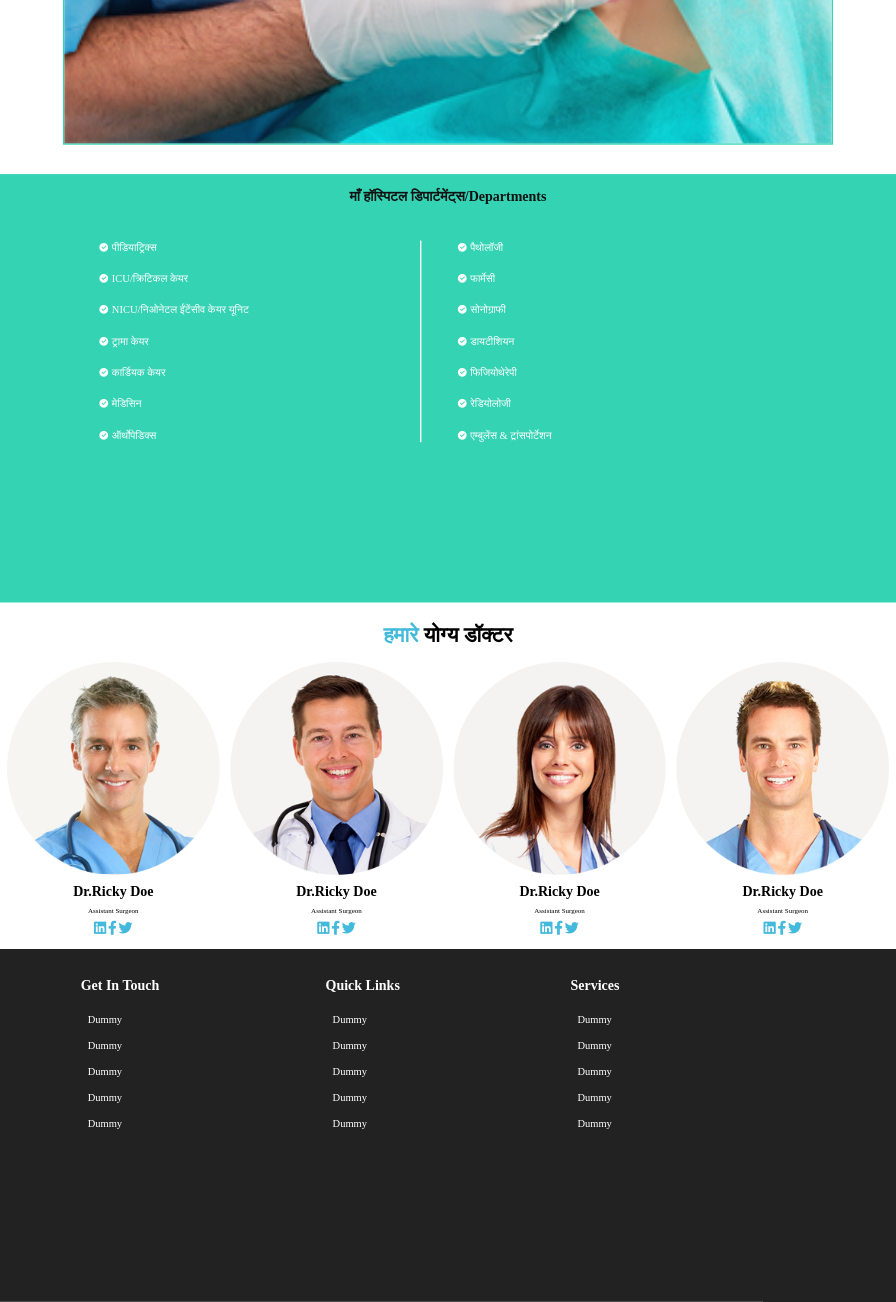
Repository: Aayush919/test
Page: index.html
These files come from the project's save history. The page is drawn as it stood at one moment and after a run of saves; the edit follows.
The browser window is 1280 px wide. The pictures show the part of the page from y = 2134 to 4054 px (the page is 3994 px tall before and 4054 px after), at 70% of full size.

Above is the page before, as saved 2023-10-15 09:01:31.

### index.html
<!DOCTYPE html>
<html lang="en">
<head>
    <meta charset="UTF-8">
    <meta http-equiv="X-UA-Compatible" content="IE=edge">
    <meta name="viewport" content="width=device-width, initial-scale=1.0">
    <link href="https://cdn.jsdelivr.net/npm/remixicon@3.5.0/fonts/remixicon.css" rel="stylesheet">
    <link rel="stylesheet" href="fontawesome-free-5.15.3-web/css/all.min.css">
    <link rel="stylesheet" href="style.css">
</head>
<body>
    <header class="header">
        <a href="#" id="logo"><span>माँ </span> हॉस्पिटल <span id="guna">गुना</span></a>

        <nav class="navbar">
        <a href="#">होम</a>
        <a href="#">अबाउट</a>
        <a href="#">गैलरी</a>
        <a href="#">ब्लॉग</a>
        <a href="#">संपर्क</a>

        </nav>

    <div class="icons">
        <i class="ri-linkedin-fill"></i>
        <i class="ri-whatsapp-fill"> </i>

    </div>

<a href="#" id="menu_bars" class="fas fa-bars"></a>
    </header>

   <div class="container">
       <div class="main-text">
           <h2> हमारे पास आपके लिए सर्वोत्तम चिकित्सा योजना विकल्प हैं !</h2>
           <button>संपर्क</button>
       </div>
   </div>
<!-- services we provide -->
<div class="service-section">
    <h2 id="ourservices">हमारी सर्विसेज</h2>
    <div class="inner-service-section">
        <div class="service-box">
            <img src="./images/opd.png" alt="">
        <h2 >मल्टी-स्पेशिलिटी OPD सर्विसेज</h2>
        <p><span>"माँ हॉस्पिटल गुना</span>, आपके लिए मल्टी-स्पेशियलिस्ट आउटपेशेंट डिपार्टमेंट (OPD) सेवा प्रदान करता है, जहाँ रोगियों को विभिन्न चिकित्सा क्षेत्रों के विशेषज्ञों का साथ एक ही छत के नीचे प्राप्त होता है।"</p>
        </div>
        <div class="service-box">
             <img src="./images/em.png" alt="">
        <h2>24*7 इमरजेंसी सर्विसेज</h2>

        <p>
            <span>"माँ हॉस्पिटल गुना</span>, 24*7 ( इमरजेंसी सर्विसेज ) आपातकालीन सेवाएँ प्रदान करते हैं, यानि हमेशा आपके स्वास्थ्य की देखभाल के लिए तैयार खड़े हैं, चाहे रात या दिन
            के किस भी समय हो।"
     </p>
        </div>
        <div class="service-box">
            <img src="./images/icu.png" alt="">
        <h2>ICU/क्रिटिकल केयर</h2>
        <p><span>"माँ हॉस्पिटल गुना</span>, में ICU और गंभीर देखभाल विभाग उन रोगियों के लिए है जो जीवन संकट की स्थिति में हैं। हम उनके लिए उनकी स्वास्थ्य स्थिति की सख्त निगरानी और उच्च गुणवत्ता वाला उपचार प्रदान करने के लिए समर्पित हैं।"
        </p>
        </div>

        <div class="service-box">
            <img src="./images/nicu.png" alt="">
        <h2>NICU/निओनेटल ईंटेंसीव केयर यूनिट</h2>
        <p><span>"माँ हॉस्पिटल गुना</span>,में NICU एक अलग शिशु चिकित्सा इकाई है, जिसमें अलग से जन्म वाले और बाहर से आए शिशुओं के लिए विशेष सेवाएँ उपलब्ध हैं। हम शिशुओं की स्वास्थ्य स्थिति की देखभाल करने और उनके जीवन को बचाने के लिए सशक्त प्रतिबद्ध हैं।"</p>
        </div>
    </div>


    <div class="inner-service-section">
        <div class="service-box">
            <img src="./images/pharmacy.png" alt="">
        <h2>24*7 फार्मेसी </h2>
        <p>"हम 24*7 फार्मेसी सेवा प्रदान करते हैं, ताकि आपको दवाओं और आवश्यक स्वास्थ्य सामग्री की आवश्यकता होने पर भी दिन रात किसी भी समय मिल सके।"
        </p>
        </div>
        <div class="service-box">
          <img src="./images/pathology.png" alt="">
        <h2>पैथोलॉजी</h2>
        <p>"हमारा पैथोलॉजी लैब उच्च गुणवत्ता वाली पथोलॉजी सेवाएँ प्रदान करता है और रोगीयों के निदान और चिकित्सा की सही दिशा में मदद करता है।"</p>
        </div>
        <div class="service-box">
          <img src="./images/ambulance.png" alt="">
        <h2>24*7 एम्बुलेंस</h2>
        <p>"हम एम्बुलेंस सेवा और यातायात की सुविधा प्रदान करते हैं, ताकि आपके स्वास्थ्य आवश्यकता के समय हमारे द्वारा आपको त्वरित और सुरक्षित रूप से पहुंचाया जा सके।"</p>
        </div>

        <div class="service-box">
       <img src="/images/cardiac.png" alt="">
        <h2>कार्डियक केयर</h2>
        <p>"हमारा कार्डियक केयर विभाग हृदय रोगों के निदान, उपचार, और देखभाल में विशेषज्ञता और उच्च गुणवत्ता की गारंटी है। हम रोगियों के स्वास्थ्य की निगरानी रखते हैं और उन्हें स्वस्थ जीवनशैली के लिए मार्गदर्शन प्रदान करते हैं। हम एक सुरक्षित और आदर्श दौरा प्रदान करके हृदय स्वास्थ्य की देखभाल करते हैं।"</p>
        </div>
    </div>
</div>





<div class="work-section">
    <div class="inner-work-section">
        <h2><span>माँ हॉस्पिटल</span>, द्वारा चलाये जाने वाले केम्प की अपडेटेड जानकारी यहा उपलब्ध है।
        </h2>
        <img src="./images/gallery 1.png" alt="">
        </div>
</div>


<!-- our depart-->
<div class="depart">
    <h1>माँ हॉस्पिटल डिपार्टमेंट्स/Departments</h1>
    <div id="keyservice">
        <div id="bx1">
            <h3><span><i class="ri-checkbox-circle-fill"></i></span><a href="#pg1">पीडियाट्रिक्स</a></h3>
            <h3><span><i class="ri-checkbox-circle-fill"></i></span><a href="#pg2">ICU/क्रिटिकल केयर</a></h3>
            <h3><span><i class="ri-checkbox-circle-fill"></i></span><a href="#pg4">NICU/निओनेटल ईंटेंसीव केयर यूनिट</a></h3>
            <h3><span><i class="ri-checkbox-circle-fill"></i></span><a href="#pg5">ट्रामा केयर </a></h3>
            <h3><span><i class="ri-checkbox-circle-fill"></i></span><a href="#pg6">कार्डियक केयर</a></h3>
            <h3><span><i class="ri-checkbox-circle-fill"></i></span><a href="#pg9">मेडिसिन</a></h3>
            <h3><span><i class="ri-checkbox-circle-fill"></i></span><a href="#pg3">ऑर्थोपेडिक्स</a></h3>

        </div>
        <div id="bx2">
            <h3><span><i class="ri-checkbox-circle-fill"></i></span><a href="#pg8">पैथोलॉजी
            </a></h3>
            <h3><span><i class="ri-checkbox-circle-fill"></i></span><a href="#pg7">फार्मेसी</a></h3>
            <h3><span><i class="ri-checkbox-circle-fill"></i></span><a href="#pg10">सोनोग्राफी</a></h3>
            <h3><span><i class="ri-checkbox-circle-fill"></i></span><a href="#pg11">डायटीशियन</a></h3>
            <h3><span><i class="ri-checkbox-circle-fill"></i></span><a href="#pg12">फिजियोथेरेपी
            </a></h3>
            <h3><span><i class="ri-checkbox-circle-fill"></i></span><a href="#pg13">रेडियोलोजी</a></h3>
            <h3><span><i class="ri-checkbox-circle-fill"></i></span><a href="#pg14">एम्बुलेंस &  ट्रांसपोर्टेशन </a></h3>

        </div>
    </div>
</div>
<!-- our depart ended -->

<!-- our team seaction -->
<div class="ourteam-section">
    <h2><span>हमारे </span>योग्य डॉक्टर</h2>
    <div class="ourteam-inner">
        <div class="section-box">
            <img src="images/ourteam1.png" alt="">
            <h3>Dr.Ricky Doe</h3>
            <p>assistant surgeon</p>
            <div class="team-social-links">
                <i class="fab fa-linkedin"></i>
                <i class="fab fa-facebook-f"></i>
                <i class="fab fa-twitter"></i>
            </div>
        </div>
        <div class="section-box">
            <img src="images/ourteam2.png" alt="">
            <h3>Dr.Ricky Doe</h3>
            <p>assistant surgeon</p>
            <div class="team-social-links">
                <i class="fab fa-linkedin"></i>
                <i class="fab fa-facebook-f"></i>
                <i class="fab fa-twitter"></i>
            </div>
        </div>
        <div class="section-box">
            <img src="images/ourteam3.png" alt="">
            <h3>Dr.Ricky Doe</h3>
            <p>assistant surgeon</p>
            <div class="team-social-links">
                <i class="fab fa-linkedin"></i>
                <i class="fab fa-facebook-f"></i>
                <i class="fab fa-twitter"></i>
            </div>
        </div>
        <div class="section-box">
            <img src="images/ourteam4.png" alt="">
            <h3>Dr.Ricky Doe</h3>
            <p>assistant surgeon</p>
            <div class="team-social-links">
                <i class="fab fa-linkedin"></i>
                <i class="fab fa-facebook-f"></i>
                <i class="fab fa-twitter"></i>
            </div>
        </div>

    </div>

</div>
<!-- our team seaction -->

<!-- creating footer -->

<div class="main-footer">
    <div class="inner-footer">
        <h2>get in touch</h2>
        <a href="#">dummy</a>
        <a href="#">dummy</a>
        <a href="#">dummy</a>
        <a href="#">dummy</a>
        <a href="#">dummy</a>
    </div>

    <div class="inner-footer">
        <h2>quick links</h2>
        <a href="#">dummy</a>
        <a href="#">dummy</a>
        <a href="#">dummy</a>
        <a href="#">dummy</a>
        <a href="#">dummy</a>
    </div>

    <div class="inner-footer">
        <h2>services</h2>
        <a href="#">dummy</a>
        <a href="#">dummy</a>
        <a href="#">dummy</a>
        <a href="#">dummy</a>
        <a href="#">dummy</a>
    </div>
</div>

<!-- creating footer -->




















    <script src="script.js"></script>
</body>
</html>




<!-- <div class="gel">

    <div class="galleryheading">
        <h2>हमारी <span> गैलरी</span></h2>
    </div>
    <div class="gallery">
        <img src="./images/gallery 1.png" alt="">
        <img src="./images/gallery 1.png"  alt="">
        <img src="./images/gallery3.png" alt="">
        <img src="./images/gallery 4.png" alt="">
        <img src="./images/gallery5.png" alt="">
        <img src="./images/gallery6.png" alt="">
        <img src="/images/gallery6.png" alt="">
        <img src="/images/gallery6.png" alt="">
        <img src="/images/gallery6.png" alt="">
    </div>

</div> -->

### style.css
@import url('https://fonts.googleapis.com/css2?family=Roboto:wght@100;300;400;500;700&display=swap');
:root{
    --fontcolor:#43b9dc;
    --backgroundcolor:#34d3b4;
}
*{
    margin: 0;
    padding: 0;
    font-family:gilroy;
    box-sizing: border-box;
    transition: all .2s linear;
    text-transform: capitalize;
    text-decoration: none;
}
html{
    font-size: 62.5%;
    overflow-x: hidden;
    scroll-behavior: smooth;
}
header{
    position: fixed;
    top: 0;
    left: 0;
    right: 0;
    padding: 2rem 7%;
    display: flex;
    justify-content: space-between;
    align-items: center;
    background:white;
    box-shadow: 0 1rem 1rem rgb(0, 0, 0, .1);
    z-index: 10000000;
}
#guna{
    font-size: 15px;

}
header #logo{
    font-size: 3rem;
    color: black;
}
header #logo span{
    color: var(--fontcolor);
}
header .navbar a{
    font-weight: 600;

    font-size: 1.8rem;
    color: var(--fontcolor);
    margin-left: 1.5rem;
}
.icons i{
font-size: 2rem;
color: var(--fontcolor);
margin-left: 1rem;
}
header #menu_bars{
    font-size: 2rem;
    color: var(--fontcolor);
    display: none;
}
header .navbar.active{
    left: 0;
    transition: .5s;
}
.main-image{

    background-repeat: no-repeat;
    background-size: cover;
    background-position: center;
    width: 100%;
    margin-top: 75px;
    height: 100vh;
}
.container{
    background: url("./images/headerimage.jpg");
    width: 100%;
    padding-top: 8.5rem;
    background-position: center;
    background-size: cover;
    background-repeat: no-repeat;
    height: 100vh;
}
.container .main-text{
    width: 50%;
    position: absolute;
    top: 200px;
    padding: 0 2rem;
    text-align: center;
}
.container .main-text h2{
    font-size: 40px;
    color: #fff;
    padding-bottom: 1.5rem;
}
.container .main-text button{
    padding: 1.5rem 3.5rem;
    background: #3FC1D1;
    color: white;
    border: none;
    border-radius:1px;

    font-weight: 700;
}
.service-section{
    padding: 2rem 7%;
    background: linear-gradient(#43b9dc, #34d3b4);
    min-height: 50vh;
}
#ourservices{
    color: white;
    font-size: 30px;
    padding: 2rem 0;
    text-align: center;
}
.inner-service-section{
    display: flex;
    flex-wrap: wrap;
    gap: 15px;
    justify-content: center;
    text-align: center;
}
.service-box{
    flex: 1 1 200px;
    padding: 5rem 0;
    box-shadow: 0 1rem 1rem rgba(0, 0, 0, .1);
}
.service-box img{
    color: white;
     height: 10rem;
    padding: .5rem 0;
}

.service-box h2{
    color: white;
    font-size: 1.8rem;
    padding: 1rem 0;
}
.service-box p{
    color: white;
    font-size: 1.5rem;
    padding: 0 1rem;
}
.work-section{
    padding: 4rem 7%;
    display: grid;
    grid-template-columns: 2fr 1fr;
    justify-content: center;

}
.inner-work-section img{
    width:  110rem;
    border: 2px solid #34d3b4;
    margin-top: 10px;
}
.inner-work-section h2{
    font-size: 2rem;
    padding: .5rem 0;

}
.inner-work-section h2 span{
    color:#34d3b4;

}
.scnclass{
    padding: 0 1rem;
}
.myimages{
    display: grid;
    grid-template-columns: 1fr 1fr;
    padding-top: 1rem;
}
.btn{
    padding: 1rem 3rem;
    background: var(--backgroundcolor);
    border-radius: 15px;
   display: inline-block;
   color: white;
   font-size: 18px;
   margin-top: 5px;
}
.creative-text{
    padding: 2rem 0;
}
.depart{
    background: var(--backgroundcolor);
    min-height: 85vh;
    padding: 2rem 9%;
}
.depart h1{
    color:#111;
    display: flex;
    align-self: center;
    justify-content: center;
    font-size: 2rem;
}

/* .galleryheading{ */
    /* color: #111;
    padding: 2rem 0;
    text-align: center;
    font-size: 20px;
}
.galleryheading span{
    color: var(--fontcolor);
}
.main-gallery .gallery-box{
    flex: 1 1 300px;
}
.main-gallery{
    display: flex;
    flex-wrap: wrap;
    gap: 15px;
}
.gallery-box img{
    width: 100%;
} */
.ourteam-section{
    padding: 1rem;
}
.ourteam-section h2{
    padding: 2rem;
    font-size: 3rem;
    text-align: center;
}
.ourteam-section h2 span{
    color: var(--fontcolor);
}
.ourteam-inner{
    display: flex;
    flex-wrap: wrap;

    text-align: center;
    gap: 15px;
}
.ourteam-inner .section-box{
    flex: 1 1 250px;
}
.ourteam-inner .section-box img{
    width: 100%;
}
.section-box h3{
    padding: 1rem 0;
    font-size: 2rem;
}
.team-social-links i{
    color: var(--fontcolor);
    font-size: 2rem;
    padding:1rem 0;
}
.main-footer{
    display: flex;
    flex-wrap: wrap;
    justify-content: space-between;
    background: #222;
    padding: 2rem 9%;
    height: 70vh;
}
.inner-footer{
    flex: 1 1 200px;
}
.inner-footer h2{
    color: white;
    font-size: 2rem;
    padding: 2rem 0;
}
.inner-footer a{
    display: block;

    color: white;
    font-size: 1.5rem;
    padding: 1rem;
}












@media (max-width:768px) {
    html{
        font-size: 50%;
    }
    header #menu_bars{
        display: initial;
    }

    header .navbar{
        position: absolute;
        top: 100%;
        left: 100%;
        right: 0;
        background: var(--backgroundcolor);
        height: 100vh;
        text-align: center;

    }
    header .navbar a{
        display: block;

        background: white;
        margin-top: 1rem;
        padding: 2rem;
        width: 90%;
        border-radius: 10px;
    }
    .container .main-text{
        width: 70%;
        padding: 0 ;
    }
   .work-section{
       display: grid;
       grid-template-columns: 1fr;

   }
   .myimages img{
       width: 100%;
   }
   .btn{
       display: block;
   }
   .inner-work-section h2{
    font-size:1.2rem;
   display: flex;
   flex-wrap: wrap;
   align-self:center;
   justify-content: center;
}

.depart{
    background: var(--backgroundcolor);
    min-height:65vh;
    padding: 2rem 9%;
}

.depart h1{
    color:#111;
    display: flex;
    align-self: center;
    justify-content: center;
    font-size: 1.9rem;
}

}

/*
.gallery{
    display: grid;
    grid-template-columns: repeat(3, 1fr);
    gap: 1vh;
    margin-inline: auto;
    max-width: 70rem;

    background: #141414;
    background: var(--backgroundcolor);
    padding: 1vh;
}

 .gallery > img{
    width: 100%;
    aspect-ratio: 1 / 1;
    object-fit: cover;
    transition: all 0.3s ease;
    border-radius:2px;

}

.gallery:has(img:hover) img:not(:hover) {
    scale: 0.8;
    opacity: 0.5;
    filter: grayscale(70%);
}
 */


#keyservice {
    padding-top: 4vw;
    padding-left: 2vw;
    font-family: g-r;
    /* background-color: crimson; */
    height: 55vh;
    display: flex;
    justify-content: space-between;
}

#keyservice h3 {
    color: #ffffff;
    display: flex;
    cursor: pointer;
    font-family: g-r;
    font-weight: 300;
    font-size: 1.5rem;

     line-height: 2rem;

}

#keyservice h3:hover {
    color: yellow;
    font-weight: 500;
}

#keyservice h3 span {
    color: #ffffff;
    margin-right: 4px;
}

#keyservice h3 a {
    text-decoration: none;
    color: #fff;
}

#keyservice h3 a:hover {
    color: yellow;
}

#bx1 {
    /* background-color: #77b9d7; */
    height: 40vh;
    display: flex;
    flex-direction: column;
    justify-content: space-between;
    width: 45%;
    border-right: 2px solid white;
}

#bx2 {
    height: 40vh;
    display: flex;
    flex-direction: column;
    justify-content: space-between;
    /* height: 25.5vh; */
    width: 50%;
    /* background-color: #9477d7; */
}

### script.js
let menubtn =document.querySelector('#menu_bars');
let mynav =document.querySelector('.navbar');

menubtn.onclick = () =>{
    menubtn.classList.toggle('fa-times');
    mynav.classList.toggle('active');
}

Loaded but not shown: fontawesome-free-5.15.3-web/css/all.min.css (library)

After the next 2 saves:
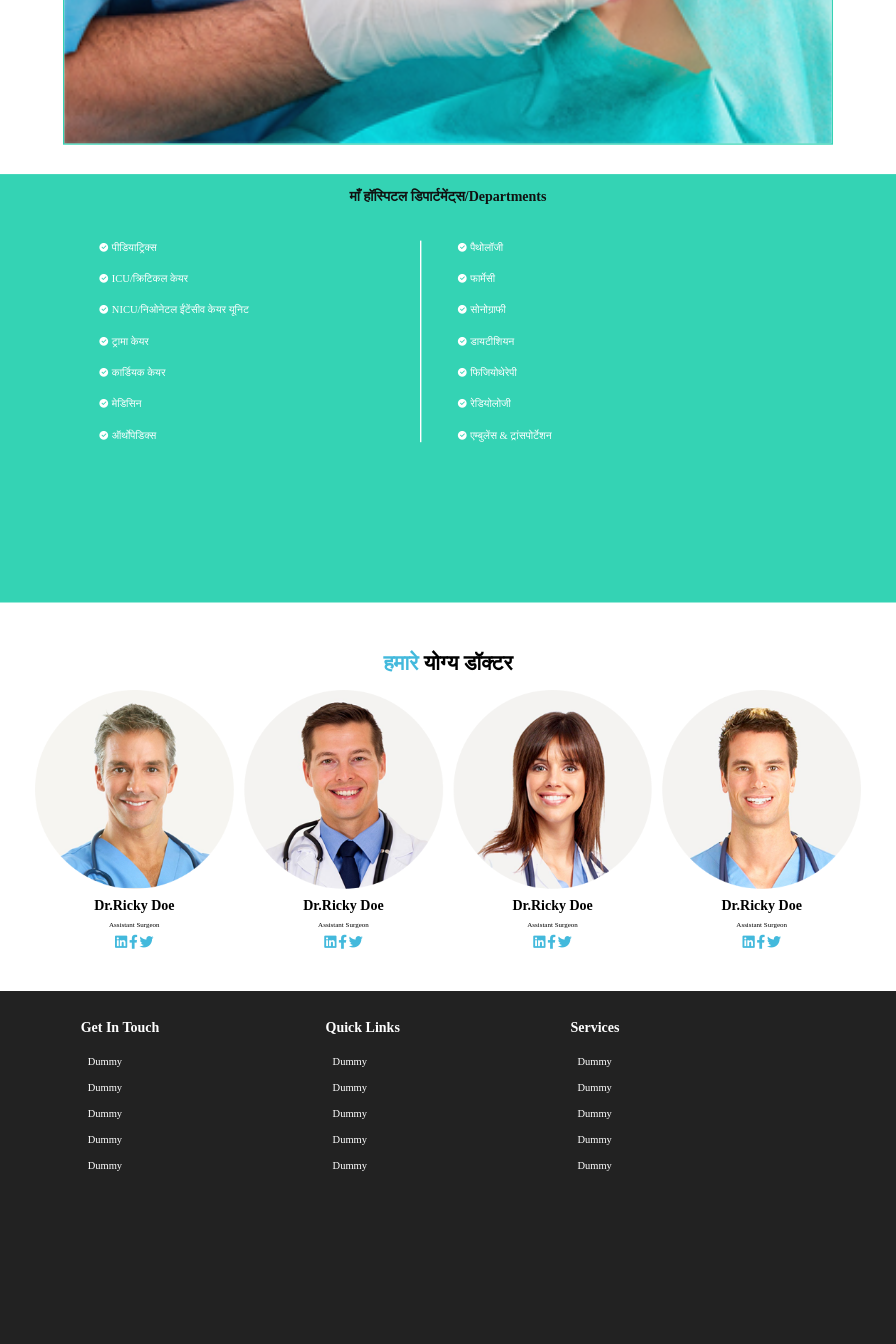
The 2 saves are shown as one change because they came seconds apart.
The last was saved 6 s later.
--- a/style.css
+++ b/style.css
@@ -215,7 +215,7 @@ header .navbar.active{
     width: 100%;
 } */
 .ourteam-section{
-    padding: 1rem;
+    padding: 5rem;
 }
 .ourteam-section h2{
     padding: 2rem;
